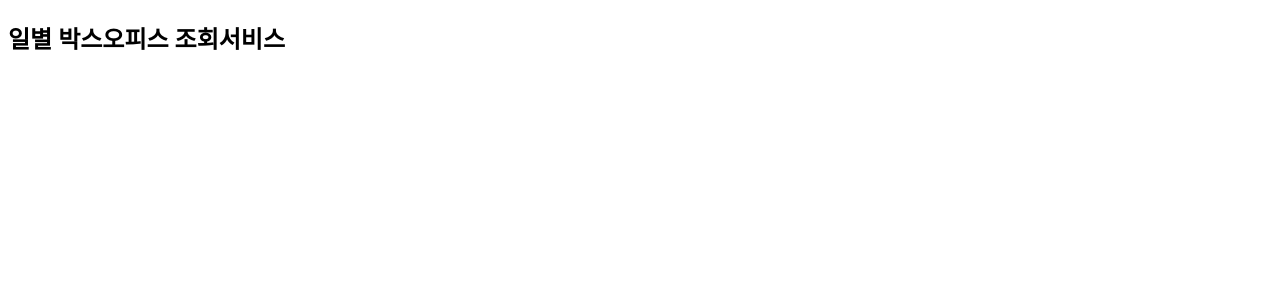
Repository: chopilyeon/JavaWeb
Page: LectureWeb/src/main/webapp/ajax/openAPI.html
These files come from the project's save history. The page is drawn as it stood at one moment and after the next save; the edit follows.
The browser window is 1280 px wide. The pictures show the whole page.

Above is the page before, as saved 2022-05-31 06:30:26.

### LectureWeb/src/main/webapp/ajax/openAPI.html
<!DOCTYPE html>
<html>
<head>
<meta charset="UTF-8">
<title>Insert title here</title>
</head>
<body>

	<h2>일별 박스오피스 조회서비스</h2>

</body>
</html>

After the next save:
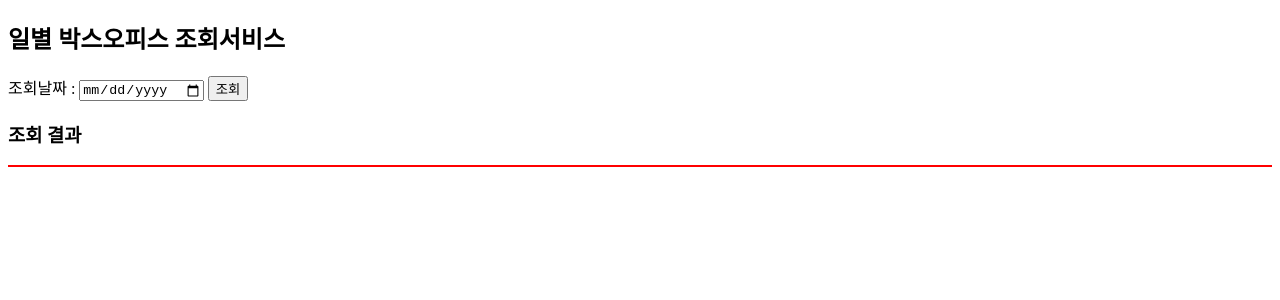
Saved 2 min 58 s later.
--- a/LectureWeb/src/main/webapp/ajax/openAPI.html
+++ b/LectureWeb/src/main/webapp/ajax/openAPI.html
@@ -3,10 +3,20 @@
 <head>
 <meta charset="UTF-8">
 <title>Insert title here</title>
+ <style>
+ 	#searchResult{
+ 		width:60%
+ 		height:500px;
+ 		border:1px solid red
+ 	}
+ </style>
 </head>
 <body>
 
 	<h2>일별 박스오피스 조회서비스</h2>
-
+	조회날짜 : <input type="date" id="searchDate">
+	<button id="searchBtn">조회</button>
+	<h3>조회 결과</h3>
+	<div id="searchResult"></div>
 </body>
 </html>
